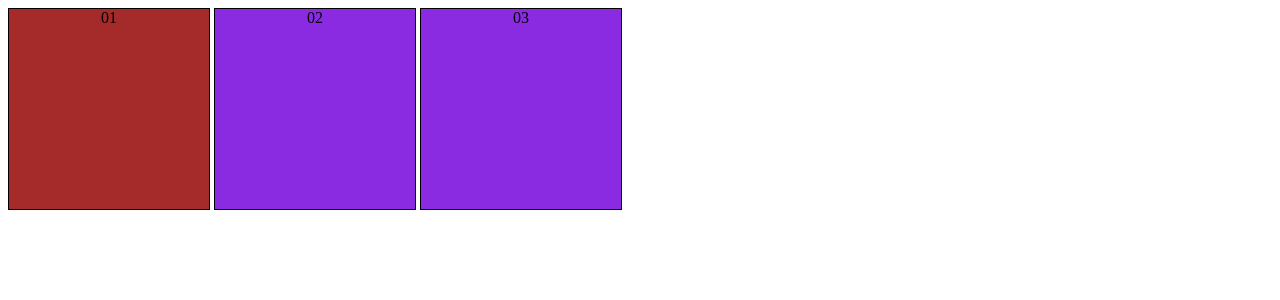
Repository: GabrielTrevisanMargrander/Html-Css
Page: Exercicios/ex020/pseudoclasse.html
The author's editor kept a copy of each file at every save. The page is drawn from the files as they stood at one save, then again after the next save.
The browser window is 1280 px wide. The pictures show the whole page.
The pointer rests on the first visible `div`.

Above is the page before, as saved 2023-06-20 20:37:54.

### Exercicios/ex020/pseudoclasse.html
<!DOCTYPE html>
<html lang="pt-br">
<head>
    <meta charset="UTF-8">
    <meta name="viewport" content="width=device-width, initial-scale=1.0">
    <title>Pseudo-classes</title>
</head>
<style>
    div{
        display: inline-block;
        background-color: blueviolet;
        text-align: center;
        border: 1px solid black;
        height: 200px;
        width: 200px;
    }

    div:hover{
        background-color: brown;
    }


</style>
<body>

    <div id="d1">01</div>
    <div id="d2">02</div>
    <div id="d3">03</div>

</body>
</html>

After the next save:
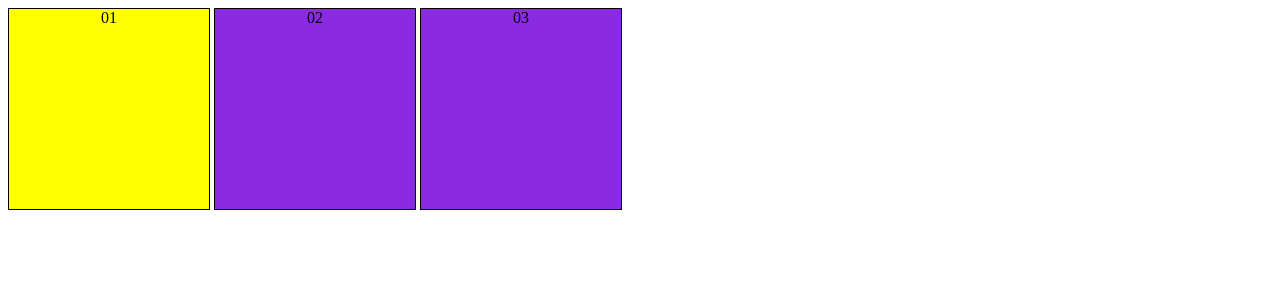
Saved 10 s later.
--- a/Exercicios/ex020/pseudoclasse.html
+++ b/Exercicios/ex020/pseudoclasse.html
@@ -16,7 +16,7 @@
     }
 
     div:hover{
-        background-color: brown;
+        background-color: yellow;
     }
 
 
